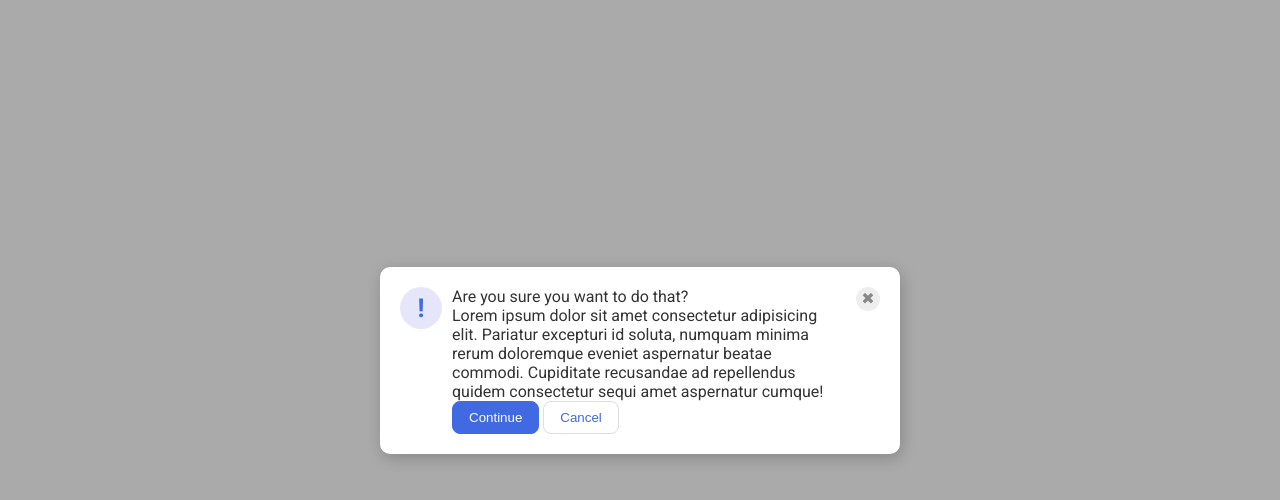
Repository: ridgely/css-exercises
Page: flex/05-flex-modal/index.html
An editor plug-in stored every save of this project. The page is shown before and after the next save, followed by the edit.
The browser window is 1280 px wide. The pictures show the whole page.

Above is the page before, as saved 2022-07-06 14:22:11.

### flex/05-flex-modal/index.html
<!DOCTYPE html>
<html lang="en">
  <head>
    <meta charset="UTF-8">
    <meta http-equiv="X-UA-Compatible" content="IE=edge">
    <meta name="viewport" content="width=device-width, initial-scale=1.0">
    <link rel="stylesheet" href="style.css">
    <title>Modal</title>
  </head>
  <body>
    <div class="modal">
      <div class="column-1">
        <div class="icon">!</div>
      </div>
      <div class="column-2">
        <div class="header">Are you sure you want to do that?</div>
        <div class="text">Lorem ipsum dolor sit amet consectetur adipisicing elit. Pariatur excepturi id soluta, numquam minima rerum doloremque eveniet aspernatur beatae commodi. Cupiditate recusandae ad repellendus quidem consectetur sequi amet aspernatur cumque!</div>
        <button class="continue">Continue</button>
        <button class="cancel">Cancel</button>
      </div>
      <div class="column-3">
        <div class="close-button">✖</div>
      </div>
    </div>
  </body>
</html>

### flex/05-flex-modal/style.css
@import url('https://fonts.googleapis.com/css2?family=Roboto:wght@400;700&display=swap');

html, body {
  height: 100%;
}

body {
  font-family: Roboto, sans-serif;
  margin: 0;
  background: #aaa;
  color: #333;
  /* I'll give you this one for free lol */
  display: flex;
  align-items: center;
  justify-content: center;
}

.modal {
  background: white;
  width: 480px;
  border-radius: 10px;
  box-shadow: 2px 4px 16px rgba(0,0,0,.2);
  display: flex;
  gap: 10px;
  padding: 20px;
}

.icon {
  color: royalblue;
  font-size: 26px;
  font-weight: 700;
  background: lavender;
  width: 42px;
  height: 42px;
  border-radius: 50%;
  display: flex;
  align-items: center;
  justify-content: center;
}

.close-button {
  background: #eee;
  border-radius: 50%;
  color: #888;
  font-weight: 400;
  font-size: 16px;
  height: 24px;
  width: 24px;
  display: flex;
  align-items: center;
  justify-content: center;
}

button {
  padding: 8px 16px;
  border-radius: 8px;
}

button.continue {
  background: royalblue;
  border: 1px solid royalblue;
  color: white;
}

button.cancel {
  background: white;
  border: 1px solid #ddd;
  color: royalblue;
}

After the next save:
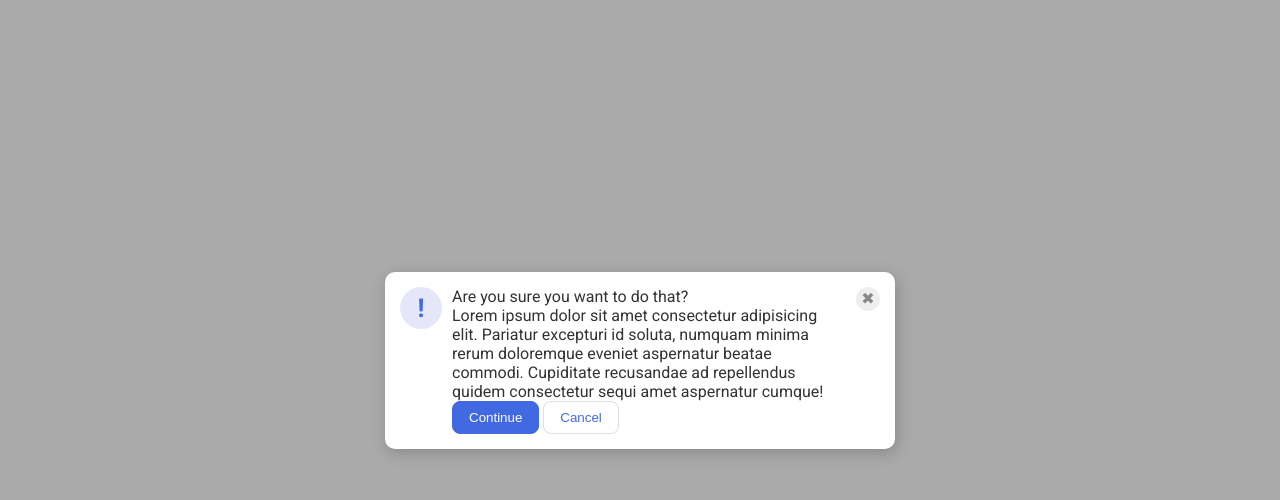
Saved 14 s later.
--- a/flex/05-flex-modal/style.css
+++ b/flex/05-flex-modal/style.css
@@ -22,7 +22,7 @@ body {
   box-shadow: 2px 4px 16px rgba(0,0,0,.2);
   display: flex;
   gap: 10px;
-  padding: 20px;
+  padding: 15px;
 }
 
 .icon {
